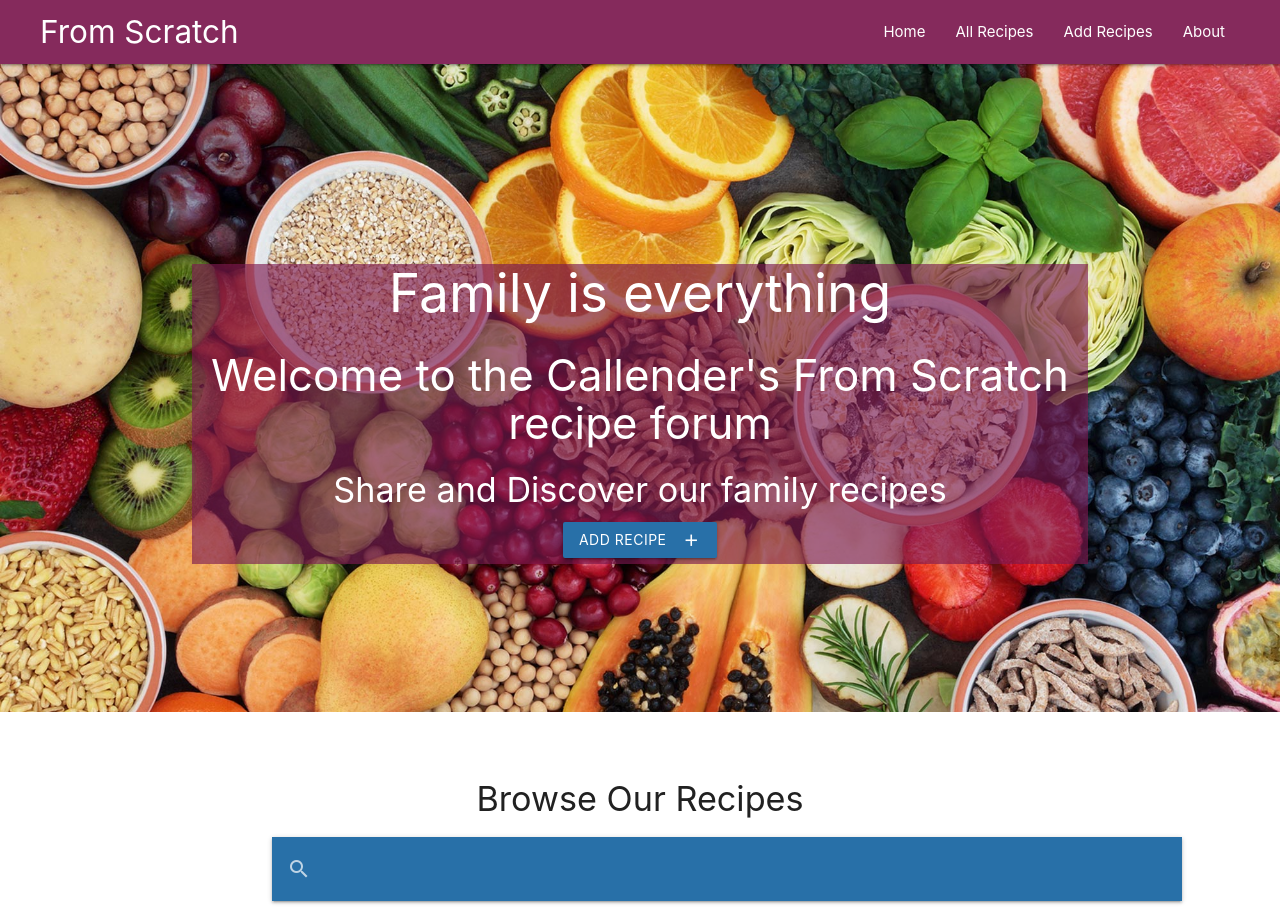
Repository: callendera/MilestoneProject3
Page: http://localhost/
The author's editor kept a record of every edit. The page is drawn from the files as they stood at one moment, then again after the next edit.
The browser window is 1280 px wide. The pictures show the whole page.
Backgrounds fixed to the window are drawn as part of the page. The page is served by the project's application, run on Flask 3 (recipe.py). Queries for data that is not in the repository find no rows.

Above is the page before.
Console error: SyntaxError: Unexpected token ')'

### templates/recipehome.html
{% extends 'base.html' %} {% block content %}
<div class="callout background-callout">
    <div class="container callout-text-background-color">

        <h2>Family is everything</h2>
        <h3>Welcome to the Callender's From Scratch recipe forum</h3>
        <h4>Share and Discover our family recipes</h4>
        <a href="#modal1" class="font-color modal-trigger"><button class="btn waves-effect waves-light center my-btn-color">Add Recipe
        <i class="material-icons right">add</i></a>

    </div>
</div>

<div id="all-recipes"></div>
</br>
</br>
<div class="container flow-text">
    <h4 class="center">Browse Our Recipes</h4>
    <div class="row recipe-row-margin">
            <nav class="my-search-bar-margin center">
                <div class="nav-wrapper my-btn-color">
                    <form>
                        <div class="input-field">
                            <input id="search" type="search" required>
                            <label class="label-icon" for="search"><i class="material-icons">search</i></label>
                            <i class="material-icons">close</i>
                        </div>
                    </form>
                </div>
            </nav>
        {% for recipes in from_scratch %}
        <div class="col s6">
            <a href="{{url_for('view_recipe', recipe_id=recipes._id)}}"><img class="materialboxed recipe-image" data-caption="{{recipes.recipe_name}}" src="{{recipes.recipe_image}}" alt="No Image Available"></a>
            <p class="recipe-name-margin"><strong>{{recipes.recipe_name}}</strong></p>
        </div>
        {% endfor %}
    </div>
</div>
{% endblock %}

### templates/base.html
<!DOCTYPE html>
<html>

<head>
    <link href="https://fonts.googleapis.com/icon?family=Material+Icons" rel="stylesheet">
    <!--link for Icons in Materialize-->

    <!--JQuery needs to be active before Materialize can render its' data-->

    <link rel="stylesheet" href="https://cdnjs.cloudflare.com/ajax/libs/materialize/1.0.0/css/materialize.min.css">
    <link rel="stylesheet" href="{{url_for('static',filename='css/style.css')}}" type="text/css" />
</head>

<body>
    <div class="navbar-fixed ">
        <nav class="transparent">
            <div class="nav-wrapper my-navbar-margin">
                <a href="index.html" class="brand-logo">From Scratch</a>
                <a href="#" data-target="mobile-nav" class="sidenav-trigger"><i class="material-icons">menu</i></a>
                <ul class="right hide-on-med-and-down">
                    <li><a href="{{ url_for('get_recipes') }}">Home</a></li>
                    <li><a href="#all-recipes">All Recipes</a></li>
                    <li><a class="modal-trigger" href="#modal1">Add Recipes</a></li>
                    <li><a href="mobile.html">About</a></li>
                </ul>
            </div>
        </nav>
    </div>


    <ul class="sidenav" id="mobile-nav">
        <li><a href="{{ url_for('get_recipes') }}">Home</a></li>
        <li><a href="#all-recipes">All Recipes</a></li>
        <li><a class="modal-trigger" href="#modal1">Add Recipes</a></li>
        <li><a href="mobile.html">About</a></li>
    </ul>



    {% block content %}
    <!--contains any content needed for each page, this give a template for such-->
    {% endblock %}
    <div id="modal1" class="modal">
        <div class="modal-content">
            <h3>Add Recipe</h3>
            <div class="row">
                <form class="col s12" action="{{ url_for('insert_recipe') }}" method='POST'>
                    <div class="row">
                        <div class="input-field col s6">
                            <input id="recipe_name" name="recipe_name" type="text" class="validate" required="" aria-required="true">
                            <label for="recipe_name">Recipe Name</label>
                        </div>

                        <div class="input-field col s6">
                            <select id="recipe_type" name="recipe_type" required="" aria-required="true">
                  <option value="" disabled selected>Choose your option</option>
                  <option value="1">Vegetarian</option>
                  <option value="2">Chicken</option>
                  <option value="3">Beef</option>
                  <option value="3">Vegan</option>
                  <option value="3">Fish</option>
                  <option value="3">Pork</option>
                </select>
                            <label>What is your recipe?</label>
                        </div>
                    </div>
                    <div class="row">
                        <div class="input-field col s12">
                            <input placeholder="List all Ingredients and Special Instructions" name="ingredients0" id="ingredients0" type="text" class="validate" required="" aria-required="true">
                            <label for="ingredients0">Ingredients</label>
                        </div>
                    </div>
                    <div class="row">
                        <div class="input-field col s12">
                            <input id="directions0" name="directions0" type="text" class="validate" required="" aria-required="true">
                            <label for="directions0">Directions</label>
                        </div>
                    </div>
                    <div class="row">
                        <div class="input-field col s12">
                            <input id="nutrition0" name="nutrition0" type="text" class="validate" required="" aria-required="true">
                            <label for="nutrition0">Nutrition Facts</label>
                        </div>
                    </div>
                    <div class="row">
                        <div class="col s6">
                            Serves:
                            <div class="input-field inline">
                                <input id="serves" name="serves" type="number" class="validate" required="" aria-required="true">
                                <label for="serves">How Many People? </label>

                            </div>
                        </div>
                        <div class="input-field col s6">
                            <input placeholder="Your Name" id="recipe_name" name="recipe_name" type="text" class="validate" required="" aria-required="true">
                            <label for="recipe_name">Recipe by:</label>
                        </div>
                    </div>
                    <div class="row">
                        <div class="input-field col s12">
                            <input placeholder="Please give the URL of your recipe image" id="recipe_image" name="recipe_image" type="text" class="validate">
                            <label for="recipe_image">Recipe Image</label>
                        </div>
                    </div>
                    <button class="btn waves-effect waves-light right my-btn-color" type="submit" name="action">Add Recipe
            <i class="material-icons right">add</i>
         </button>
                </form>
            </div>
        </div>

        <script src="https://cdnjs.cloudflare.com/ajax/libs/jquery/3.4.1/jquery.min.js" integrity="sha256-CSXorXvZcTkaix6Yvo6HppcZGetbYMGWSFlBw8HfCJo=" crossorigin="anonymous"></script>
        <script src="https://cdnjs.cloudflare.com/ajax/libs/materialize/1.0.0/js/materialize.min.js"></script>

        <script src='http://code.jquery.com/jquery-3.3.1.min.js'></script>
        <script src='/javascripts/register.js'></script>
        <!-- Script to use Materialize functionality-->
        <script type="text/javascript">
            $(document).ready(function() {
                $('select').formSelect();
            });
        </script>
        <script type="text/javascript">
            $(document).ready(function() {
                $('.collapsible').collapsible();
            });
        </script>
        <script type="text/javascript">
            $(document).ready(function() {
                $('.sidenav').sidenav();
            });
        </script>
        <script type="text/javascript">
            $(document).ready(function() {
                $('.fixed-action-btn').floatingActionButton();
            });
        </script>
        <script type="text/javascript">
            $(document).ready(function() {
                $('.modal').modal();
            });
        </script>


        <!-- script for the collapsibles-->
</body>

</html>

### recipe.py
import os
from flask import Flask, render_template, redirect, request, url_for
from flask_pymongo import PyMongo
from bson.objectid import ObjectId
#sets up application for use with PyMongo, Flask

app = Flask(__name__)
app.config["MONGO_DBNAME"] = 'from_scratch'
#creates link between Database and application
app.config["MONGO_URI"] = os.getenv("MONGO_URI")

#creates application to be tested

mongo = PyMongo(app)

@app.route('/')

@app.route('/get_recipes')
#Display text as proof of concept
def get_recipes():
    from_scratch = mongo.db.recipes.find()
    return render_template( "recipehome.html", from_scratch=from_scratch)

@app.route('/add_recipes')
def add_recipes():
    from_scratch = mongo.db.recipes.find()
    return render_template("recipehome.html")

@app.route('/insert_recipe', methods=['POST'])
def insert_recipe():
    from_scratch = mongo.db.recipes
    from_scratch.insert_one(request.form.to_dict())
    return redirect(url_for('get_recipes'))

@app.route('/view_recipe/<recipe_id>')
def view_recipe(recipe_id):
    return render_template('recipedetails.html', from_scratch=mongo.db.recipes.find({'_id': ObjectId(recipe_id)}))

if __name__ == '__main__':
    app.run(host=os.environ.get('IP'),
            port=int(os.environ.get('PORT')),
            debug=True)
#So they know how and where to run application

### static/css/style.css
.recipe-image {
    height: 300px;
    width: 400px;
    padding: 20px;
    padding-bottom: 0px;
    margin-top: 20px;
}

.recipe-name-margin {
    margin-top: 0px;
}

.view-recipe-container-margin {
    margin-bottom: 60px;
}

.background-callout {
    /*--- FOR ALL BACKGROUND CONTAINERS sets background image for callout container.
    it is set to not repeat, so the image doesnt stretch, and the image will be centered horizontally and
    pushed to the top of the container. the background will also not scroll, but remained positioned so things will scroll past it---*/
    background: url(../images/home.jpg)no-repeat center center fixed;
    -webkit-background-size: cover;
    -moz-background-size: cover;
    -o-background-size: cover;
    background-size: cover;
    overflow: hidden;
    align-items: center;
    justify-content: center;
    height: 40vh;
}


.callout-text-background-color {
    text-align: center;
    background-color: #7c1a50a3;
    color: white;
    height: 300px;
    margin-top: 400px;


}

.view-recipe-image {
    height: 500px;
    width: 800px;
    margin-left: 125px;
    margin-top: 30px;
}

.recipe-row-margin {
    margin-left: 80px;
}

.my-navbar-margin {
    padding-left: 40px;
    padding-right: 40px;
    background-color: #7c1a50ed;
}

.my-btn-color {
    background-color: #2870a8;
}

.my-btn-color:hover {
    /*--- color of background: blue ---*/
    background-color: #2870a8cf;
    /*--- when mouse is hovered the button will transition for
    .40seconds to a darker green color. the color will gradually ease in and then ease out. ---*/
    transition: all 0.40s ease-in-out;
    -moz-transition: all 0.40s ease-in-out;
    -webkit-transition: all 0.40s ease-in-out;
    -o-transition: all 0.40s ease-in-out;
    /*--- adjustments for each web browser ---*/
}


.my-link-color {
    color: #3384d8;
}

.font-color {
    color: white;
}

.my-search-bar-margin {
    margin-top: 20px;
    width: 910px;
}

/*---Media Queries---*/

/*--- adjustemnts for different screensizes,
    small-->big all features tested on google chrome inspect ---*/

@media (min-width: 576px) {
    .callout-text-background-color {
       margin-top: 200px; ;
    }

}

@media (min-width: 768px) {
    .background-callout {

        background: url("../images/home.jpg")no-repeat center center fixed;
        /*--- adjusts background for different browsers ---*/
        -webkit-background-size: cover;
        -moz-background-size: cover;
        -o-background-size: cover;
        background-size: cover;

        /*--- makes the background fit to the container ---*/
        overflow: hidden;

        /*--- aligns and justifies text in container ---*/
        align-items: center;
        justify-content: center;
        /*--- the height that container will take up in the viewport ---*/
        height: 60vh;
    }
    .callout-text-background-color {
       margin-top: 50px; ;
    }

}

@media (min-width: 992px) {
    .background-callout {

        background: url("../images/home.jpg")no-repeat center center fixed;
        /*--- adjusts background for different browsers ---*/
        -webkit-background-size: cover;
        -moz-background-size: cover;
        -o-background-size: cover;
        background-size: cover;

        /*--- makes the background fit to the container ---*/
        overflow: hidden;

        /*--- aligns and justifies text in container ---*/
        align-items: center;
        justify-content: center;
        /*--- the height that container will take up in the viewport ---*/
        height: 60vh;
    }
    .callout-text-background-color {
       margin-top: 90px; ;
    }
}

@media (min-width: 1200px) {
    .background-callout {

        background: url("../images/foods.jpg")no-repeat center center fixed;
        /*--- adjusts background for different browsers ---*/
        -webkit-background-size: cover;
        -moz-background-size: cover;
        -o-background-size: cover;
        background-size: cover;

        /*--- makes the background fit to the container ---*/
        overflow: hidden;

        /*--- aligns and justifies text in container ---*/
        align-items: center;
        justify-content: center;
        /*--- the height that container will take up in the viewport ---*/
        height: 90vh;
    }
    .callout-text-background-color {
       margin-top: 200px; ;
    }
}

### register.js
$(function(){
    $("#register").on('click', function(event){
        event.preventDefault();
        var username   = $("#username").val();
        var password   = $("#password").val();

        if(!username || !password ||){
            $("#msgDiv").show().html("All fields are required.");
        }
        else{
            $.ajax({
                url: "/register",
                method: "POST",
                data: { user_name: username, password: password }
            }).done(function( data ) {
                if ( data ) {
                    if(data.status == 'error'){
                        var errors = '<ul>';
                        $.each( data.message, function( key, value ) {
                            errors = errors +'<li>'+value.msg+'</li>';
                        });
                        errors = errors+ '</ul>';
                        $("#msgDiv").html(errors).show();
                    }else{
                        $("#msgDiv").removeClass('invalid').addClass('valid').html(data.message).show();
                    }
                }
            });
        }
    });
});

After the next edit:
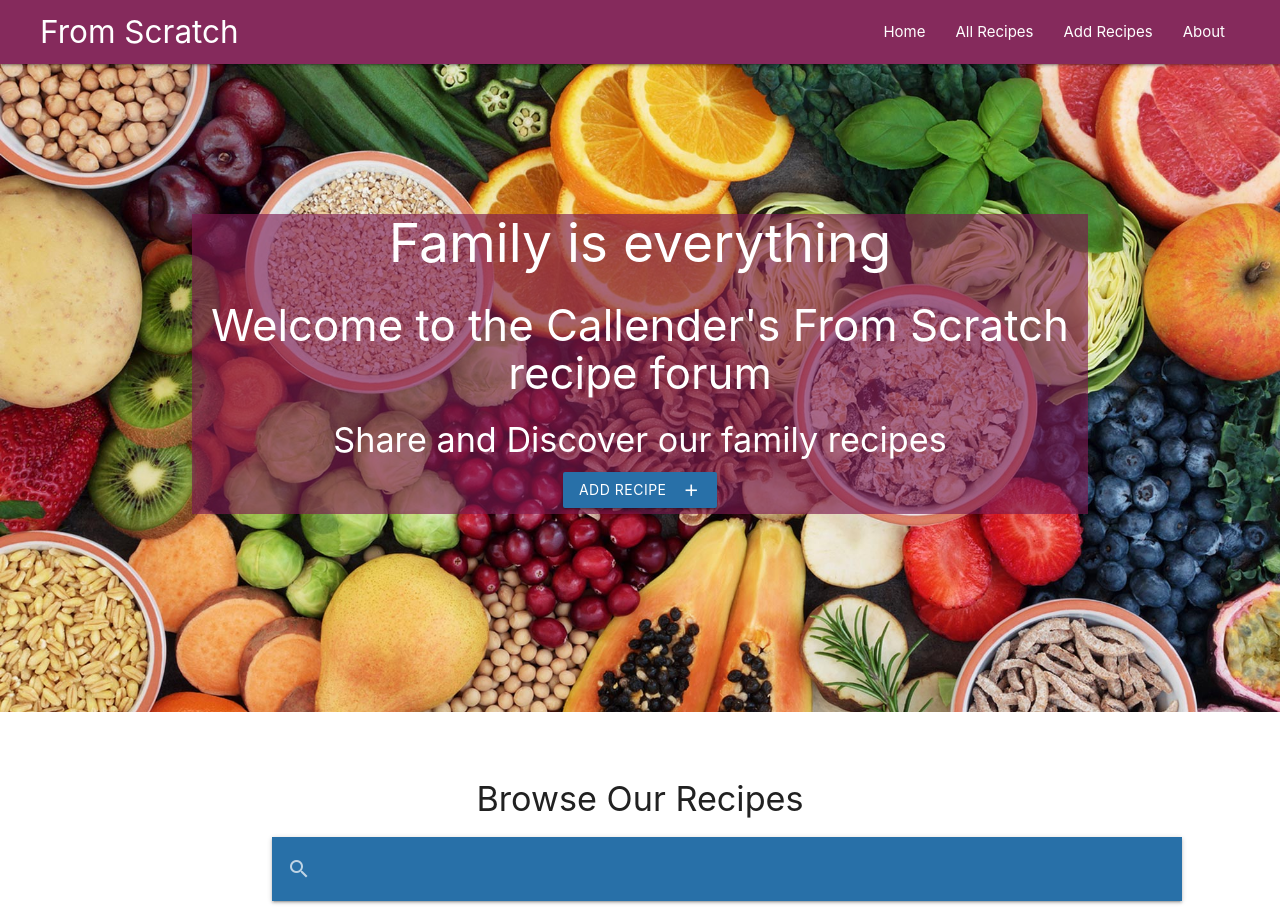
The edit:
--- a/static/css/style.css
+++ b/static/css/style.css
@@ -168,6 +168,6 @@
         height: 90vh;
     }
     .callout-text-background-color {
-       margin-top: 200px; ;
+       margin-top: 150px; ;
     }
 }
